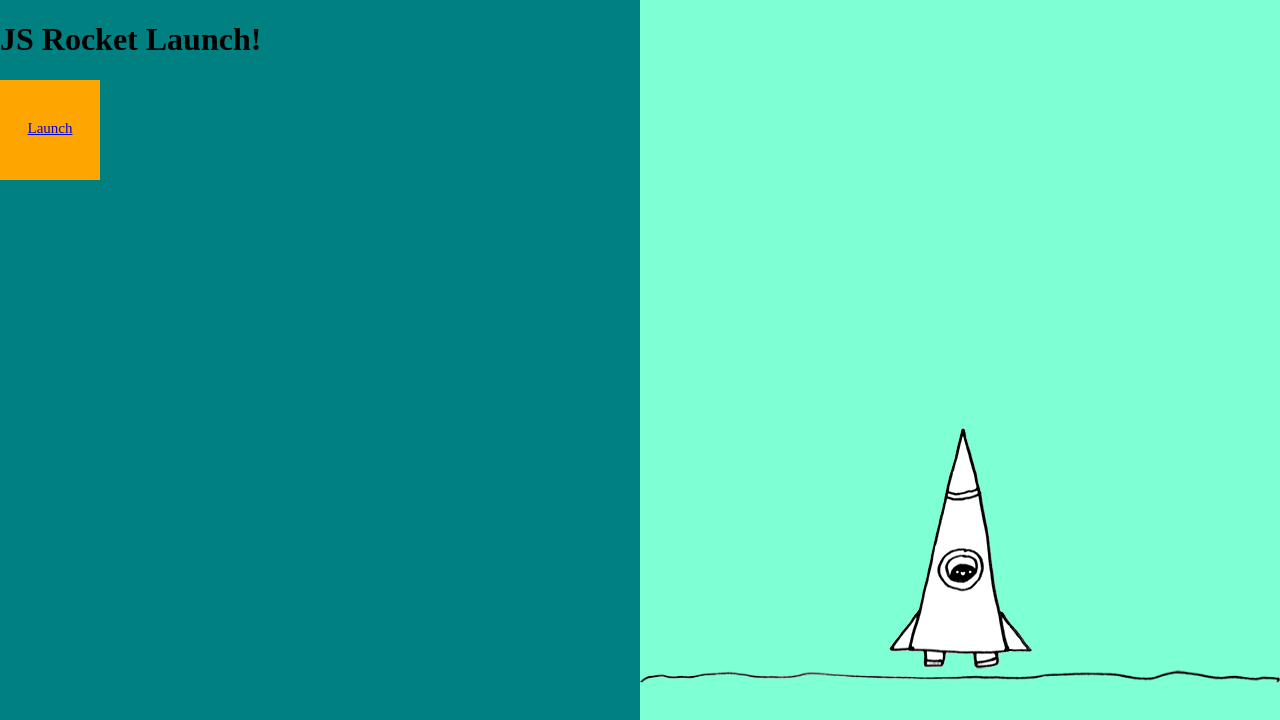
Repository: alcarrizo/Rocket-launch
Page: index.html
These files come from the project's save history. The page is drawn as it stood at one moment and after the next save; the edit follows.
The browser window is 1280 px wide. The pictures show the whole page.

Above is the page before, as saved 2022-10-20 16:48:34.

### index.html
<!DOCTYPE html>
<html lang="en">
<head>
    <meta charset="UTF-8">
    <meta http-equiv="X-UA-Compatible" content="IE=edge">
    <meta name="viewport" content="width=device-width, initial-scale=1.0">
    <title>Rocket Launch sequence</title>
    <script type="text/javascript" src="js/script.js"> </script>
    <link rel="stylesheet" href="css/style.css">
</head>
<body class="body-state1" id="body">
    <div class="left">
        <div class="state1">
            <h1>JS Rocket Launch!</h1>
            <a href="#" class="button" onclick="changeState(2);">Launch</a>
        </div>
        <div class="state2">
            <h1 class="countdown" id="countdown">10</h1>
            <a href="#" class="button" onclick="changeState(1);">Abort</a>
        </div>
        <div class="state3">
            <h1>Lift Off!</h1>
        </div>
        <div class="state4">
            <h1>Well done!</h1>
            <a href="#" class="button" onclick="changeState(1);">Do it again</a>
        </div>
        <div class="state5">
            <h1>Oh No!!!!</h1>
            <a href="#" class="button" onclick="changeState(1);">Try Again!</a>
        </div>
    </div>

    <div class="right">
        <div class="rocket" id="rocket"></div>
        <div class="ground"></div>
    </div>
</body>
</html>

### js/script.js
/*var countDown = function (i) {
    console.log(i)
    setTimeout(function () {
        i--
        document.getElementById("countdown").innerHTML = i;
        if (document.getElementById('body').className != 'body-state1') {
            if (i > 0) {
                countDown(i)
            }
            else {
                changeState(3)
            }
        }

    }, 1000)
}*/
var timer = null;
var CountDownNum = 10;
var changeState = function (state) {
    document.body.className = 'body-state' + state;
    clearInterval(timer);
    if (state != 2 && document.getElementById('countdown').innerHTML != 10) {
        CountDownNum = 10;
        document.getElementById('countdown').innerHTML = CountDownNum;
    }
    if (state == 2) {
        timer = setInterval(() => {
            CountDownNum -= 1;
            document.getElementById('countdown').innerHTML = CountDownNum;

            if (CountDownNum <= 0) {
                changeState(3);

            }
        }, 200);
    }
    else if (state == 3) {
        var success = setTimeout(() => {
            var randomNum = Math.round(Math.random() * 10)
            //success
            console.log('random number: ' + randomNum)
            if (randomNum > 5) {
                changeState(4)
            }
            else {
                //fail
                changeState(5)
            }

        }, 2000);
    }
    // if (state == 1) {
    //     document.body.className = 'body-state1'
    // }
    // else if (state == 2) {
    //     document.body.className = 'body-state2'
    //     countDown(10)
    //     // for (let i = 10; i >= 0; i--) {
    //     //     setTimeout()
    //     //     document.getElementById("countdown").innerHTML = i;
    //     // }
    // }
    // else if (state == 3) {
    //     document.body.className = 'body-state3'
    //     document.getElementById('rocket').className = 'rocket flying';
    // }
    // else if (state == 4) {
    //     document.body.className = 'body-state4'
    // }
    // else {
    //     document.body.className = 'body-state5'
    // }
    // for (let i = 10; i >= 0; i--) {
    //     bdy.content = i;
    // }
    //document.getElementById('rocket').className = 'rocket flying';
}

### css/style.css
body {
    position: relative;
}

.left {
    position: fixed;
    box-sizing: border-box;
    width: 50%;
    height: 100%;
    top: 0;
    left: 0;
    background-color: teal;
}

.right {
    position: fixed;
    box-sizing: border-box;
    width: 50%;
    height: 100%;
    top: 0;
    right: 0;
    background-color: aquamarine;
}

.rocket {
    position: absolute;
    left: 50%;
    bottom: 20px;
    width: 143px;
    height: 272px;
    background: url("../img/rocket-state1.png") no-repeat 0 0;
    background-size: 100%;
    transition: bottom 10s;
    margin-left: -71.5px;

}

.body-state1 .rocket {
    transition: none;

}


.body-state2 .rocket {

    background: url("../img/rocket-state2.gif") no-repeat 0 0;
    background-size: 100%;
}

.body-state3 .rocket,
.body-state4 .rocket {
    bottom: 1000px;
    background: url("../img/rocket-state3.gif") no-repeat 0 0;
    background-size: 100%;
}

.body-state5 .rocket {
    width: 209px;
    height: 200px;
    background: url("../img/boom.png") no-repeat 0 0;
    background-size: 100%;
}

.ground {
    position: absolute;
    bottom: 0;
    left: 0;
    background: url("../img/ground.png") no-repeat 0 0;
    background-size: 100%;
    width: 100%;
    height: 50px;

}

/* .ground {
    background-color: green;
    position: absolute;
    bottom: 0;
    left: 0;
    width: 100%;
    height: 20px;
} */

a {}

a.button {
    display: block;
    box-sizing: border-box;
    text-align: center;
    padding-top: 40px;
    height: 100px;
    width: 100px;
    font-size: 15px;
    background-color: orange;

}

.state1,
.state2,
.state3,
.state4,
.state5 {
    display: none;
}

body.body-state1 .state1 {
    display: block;
}

body.body-state2 .state2 {
    display: block;
}

body.body-state3 .state3 {
    display: block;
}

body.body-state4 .state4 {
    display: block;
}

body.body-state5 .state5 {
    display: block;
}

After the next save:
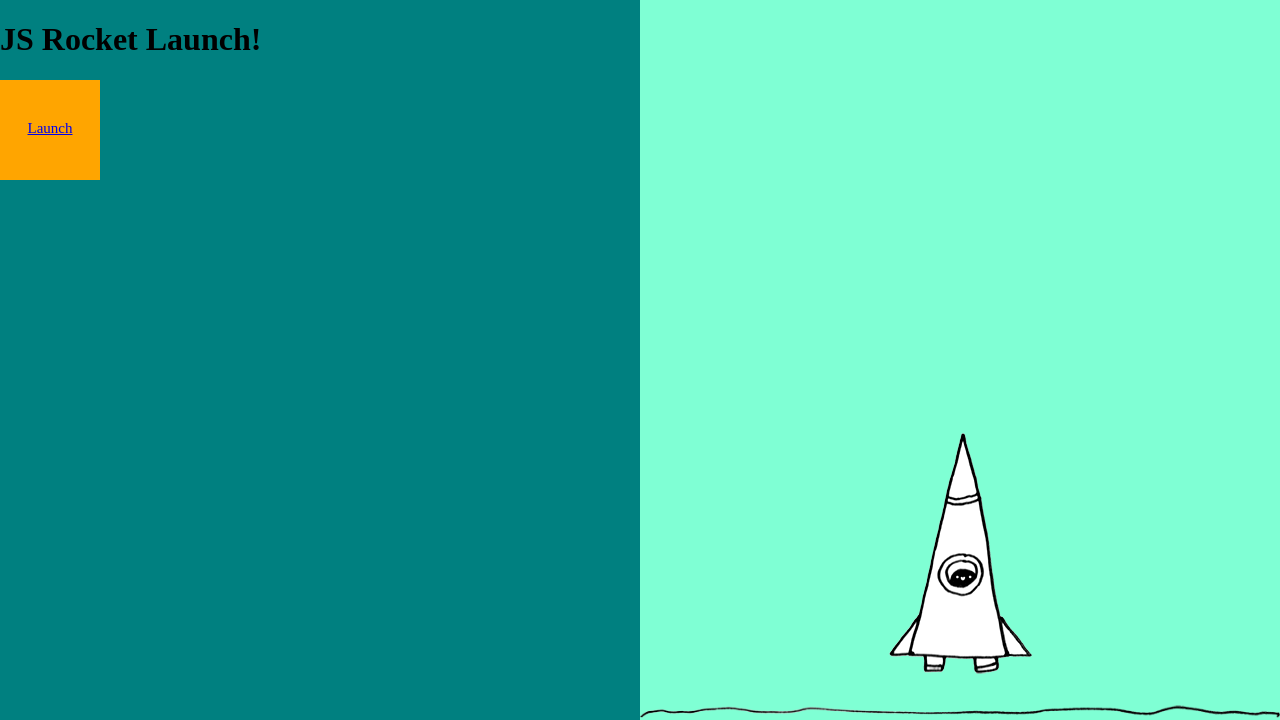
Saved 2 min 4 s later.
--- a/css/style.css
+++ b/css/style.css
@@ -25,7 +25,7 @@ body {
 .rocket {
     position: absolute;
     left: 50%;
-    bottom: 20px;
+    bottom: 15px;
     width: 143px;
     height: 272px;
     background: url("../img/rocket-state1.png") no-repeat 0 0;
@@ -68,7 +68,7 @@ body {
     background: url("../img/ground.png") no-repeat 0 0;
     background-size: 100%;
     width: 100%;
-    height: 50px;
+    height: 15px;
 
 }
 
